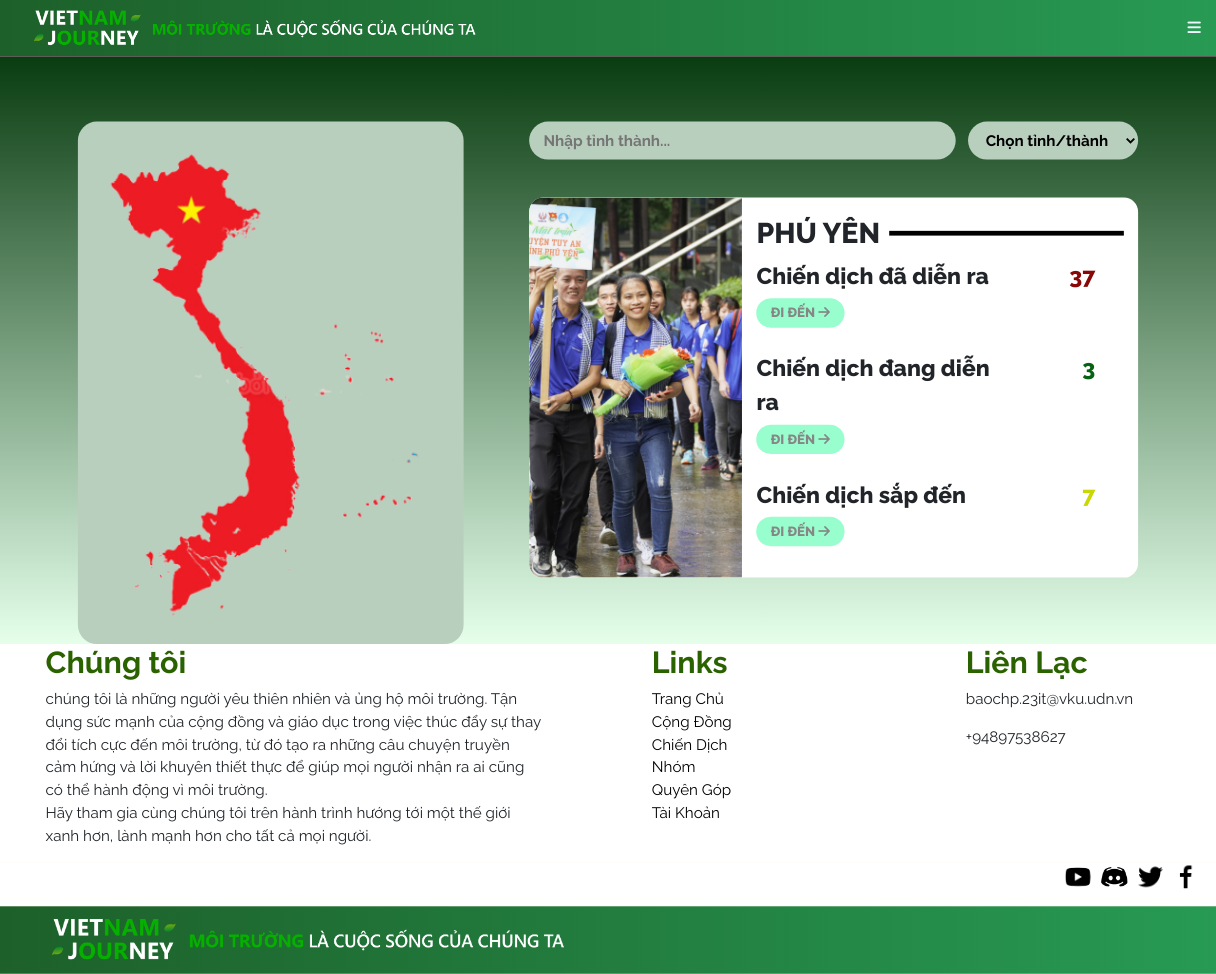
Repository: Boima12/Boima12.github.io_VietnamJourney
Page: HTML/ChienDich/ChienDich.html
The author's editor kept a copy of each file at every save. The page is drawn from the files as they stood at one save, then again after a run of saves.
The browser window is 1280 px wide. The pictures show the whole page, at 95% of full size.

Above is the page before, as saved 2024-05-25 08:29:11.

After the next 2 saves:
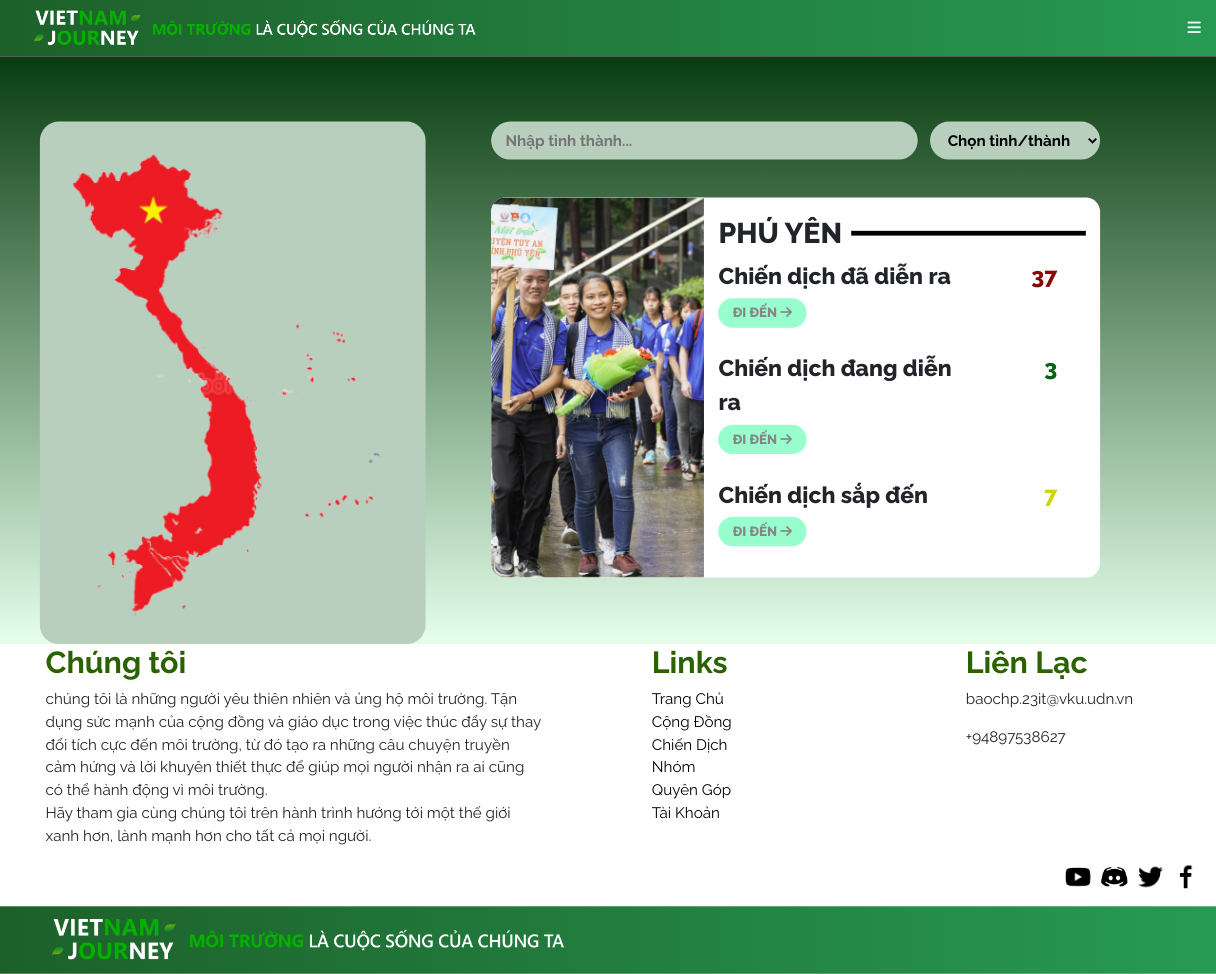
The 2 saves are shown as one change because they came seconds apart.
The last was saved 24 s later.
--- a/HTML/ChienDich/ChienDich.css
+++ b/HTML/ChienDich/ChienDich.css
@@ -182,6 +182,7 @@
 .section-one {
     background-image: linear-gradient(to bottom, #05390C, #E5FFEB);
     padding-top: 80px;
+    padding-right: 80px;
 }
 
 .map {

After the save that followed:
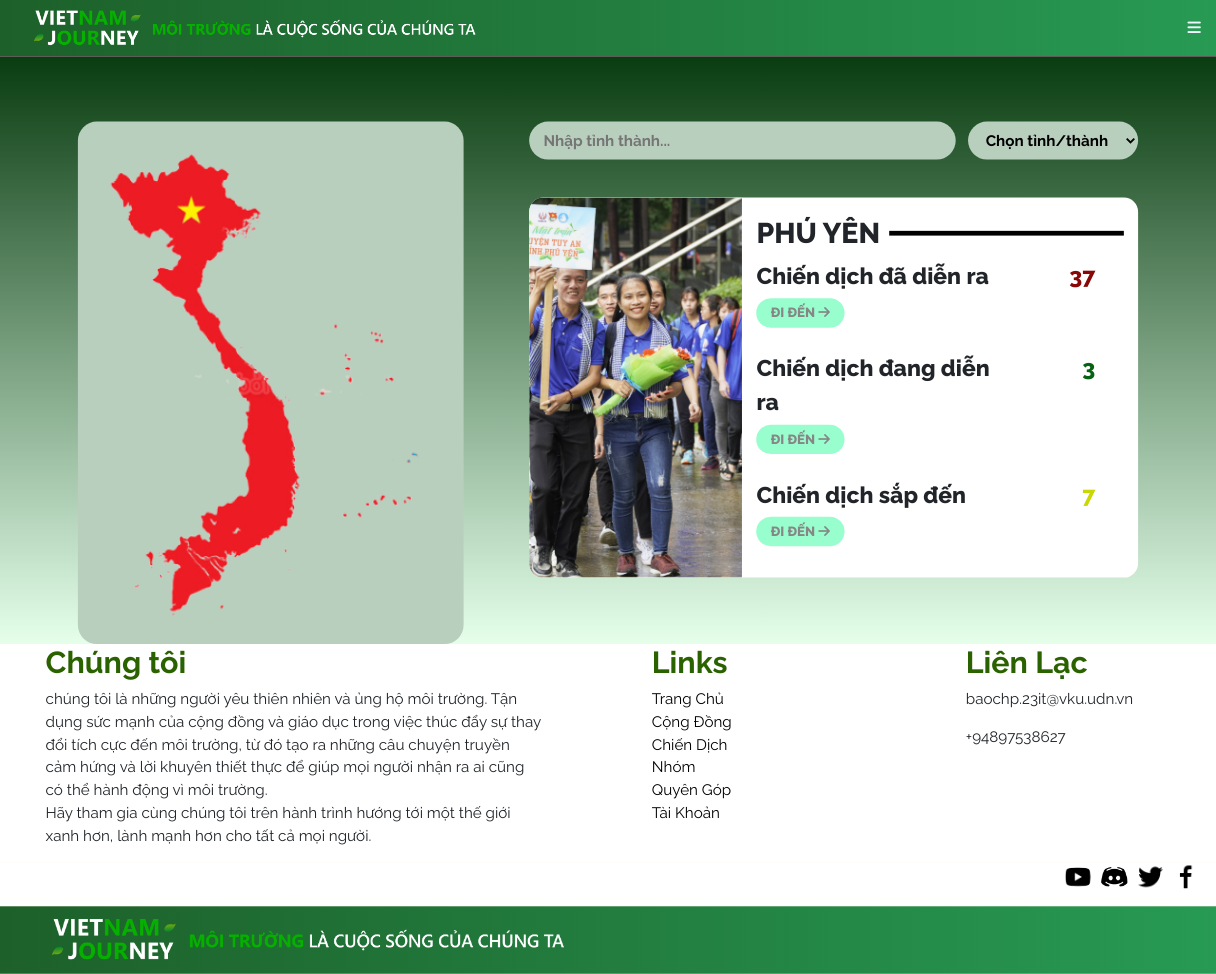
Saved 4 s later.
--- a/HTML/ChienDich/ChienDich.css
+++ b/HTML/ChienDich/ChienDich.css
@@ -182,7 +182,7 @@
 .section-one {
     background-image: linear-gradient(to bottom, #05390C, #E5FFEB);
     padding-top: 80px;
-    padding-right: 80px;
+    padding-;
 }
 
 .map {
